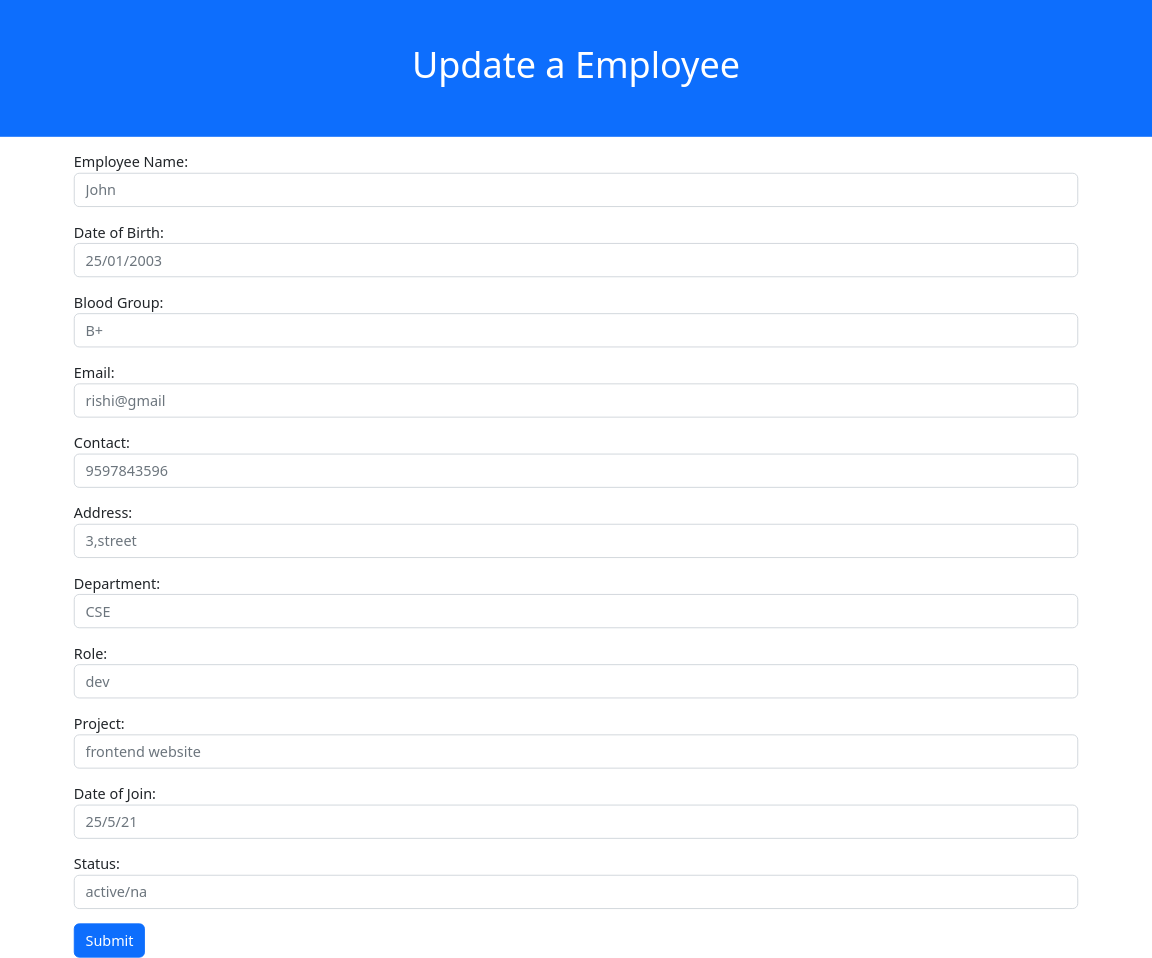
Repository: Rishicollinz/Java_Fullstack
Page: Eclipse 2/jspproject/src/main/webapp/update/update.html
An editor plug-in stored every save of this project. The page is shown before and after the next save, followed by the edit.
The browser window is 1280 px wide. The pictures show the whole page, at 90% of full size.

Above is the page before, as saved 2023-05-18 17:17:16.

### Eclipse 2/jspproject/src/main/webapp/update/update.html
<!DOCTYPE html>
<html>
<head>
<meta charset="UTF-8">
<title>Update Employees</title>

<link href="https://cdn.jsdelivr.net/npm/bootstrap@5.2.3/dist/css/bootstrap.min.css" rel="stylesheet">
<script src="https://cdn.jsdelivr.net/npm/bootstrap@5.2.3/dist/js/bootstrap.bundle.min.js"></script>

</head>
<body>

<div class="container-fluid p-5 bg-primary text-white text-center">
  <h1>Update a Employee</h1>
</div>

<div class="container mt-3">
  <form action="update.jsp" method="post">
    <div class="mb-3 mt-3">
      <label for="empName">Employee Name:</label>
      <input type="text" class="form-control"  placeholder="John" name="empName">
    </div>
    <div class="mb-3 mt-3">
      <label for="dob">Date of Birth:</label>
      <input type="text" class="form-control"  placeholder="25/01/2003" name="dob">
    </div>
    <div class="mb-3 mt-3">
      <label for="bloodgrp">Blood Group:</label>
      <input type="text" class="form-control"  placeholder="B+" name="bloodgrp">
    </div>
    <div class="mb-3 mt-3">
      <label for="email">Email:</label>
      <input type="text" class="form-control"  placeholder="rishi@gmail" name="email">
    </div>
    <div class="mb-3 mt-3">
      <label for="contact">Contact:</label>
      <input type="text" class="form-control"  placeholder="9597843596" name="contact">
    </div>
    <div class="mb-3 mt-3">
      <label for="address">Address:</label>
      <input type="text" class="form-control"  placeholder="3,street" name="address">
    </div>
    <div class="mb-3 mt-3">
      <label for="deptName">Department:</label>
      <input type="text" class="form-control"  placeholder="CSE" name="deptName">
    </div>
    <div class="mb-3 mt-3">
      <label for="role">Role:</label>
      <input type="text" class="form-control"  placeholder="dev" name="role">
    </div>
    <div class="mb-3 mt-3">
      <label for="proj">Project:</label>
      <input type="text" class="form-control"  placeholder="frontend website" name="proj">
    </div>
    <div class="mb-3 mt-3">
      <label for="doj">Date of Join:</label>
      <input type="text" class="form-control"  placeholder="25/5/21" name="doj">
    </div>
    <div class="mb-3 mt-3">
      <label for="status">Status:</label>
      <input type="text" class="form-control"  placeholder="active/na" name="status">
    </div>
    <button type="submit" class="btn btn-primary">Submit</button>
  </form>
</div>


</body>
</html>

After the next save:
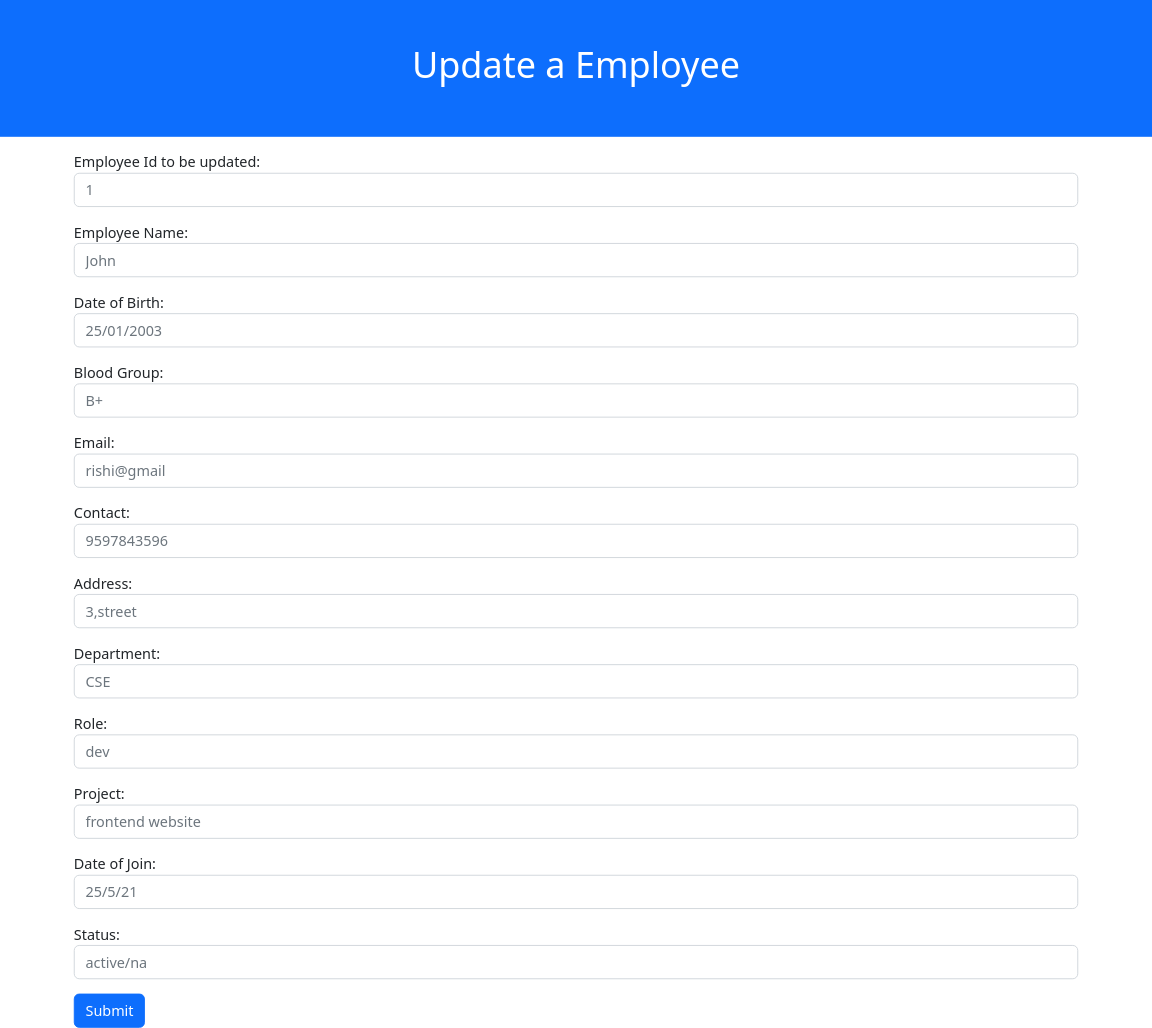
Saved 59 s later.
--- a/Eclipse 2/jspproject/src/main/webapp/update/update.html
+++ b/Eclipse 2/jspproject/src/main/webapp/update/update.html
@@ -16,6 +16,10 @@
 
 <div class="container mt-3">
   <form action="update.jsp" method="post">
+	  <div class="mb-3 mt-3">
+	      <label for="empId">Employee Id to be updated:</label>
+	      <input type="text" class="form-control"  placeholder="1" name="empId">
+	    </div>
     <div class="mb-3 mt-3">
       <label for="empName">Employee Name:</label>
       <input type="text" class="form-control"  placeholder="John" name="empName">
